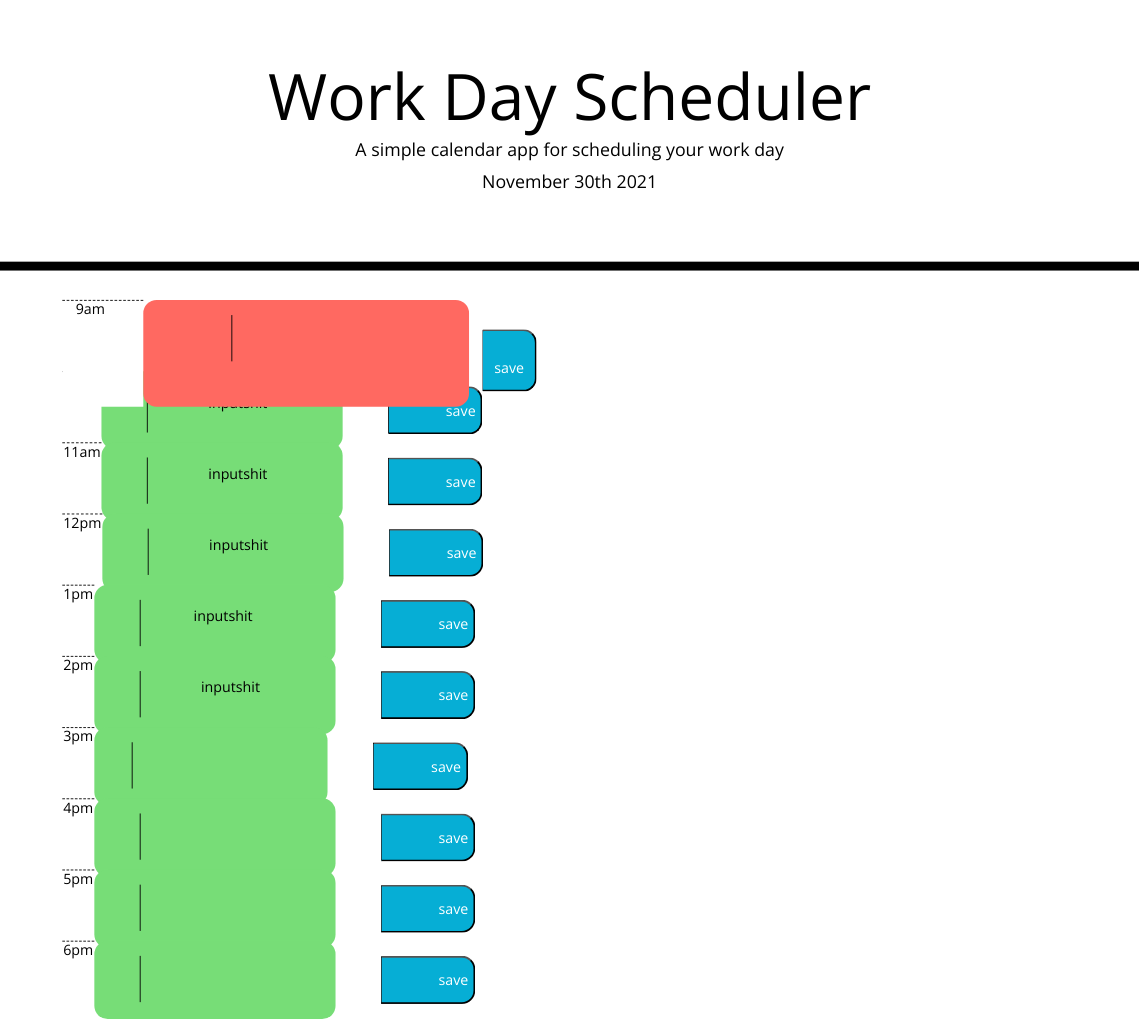
Repository: Naomilounsbury/work-day-scheduler
Page: index.html
The author's editor kept a copy of each file at every save. The page is drawn from the files as they stood at one save, then again after the next save.
The browser window is 1280 px wide. The pictures show the whole page, at 89% of full size.
Some web libraries are served in a nearby version.

Above is the page before, as saved 2021-12-04 08:24:24.

After the next save:
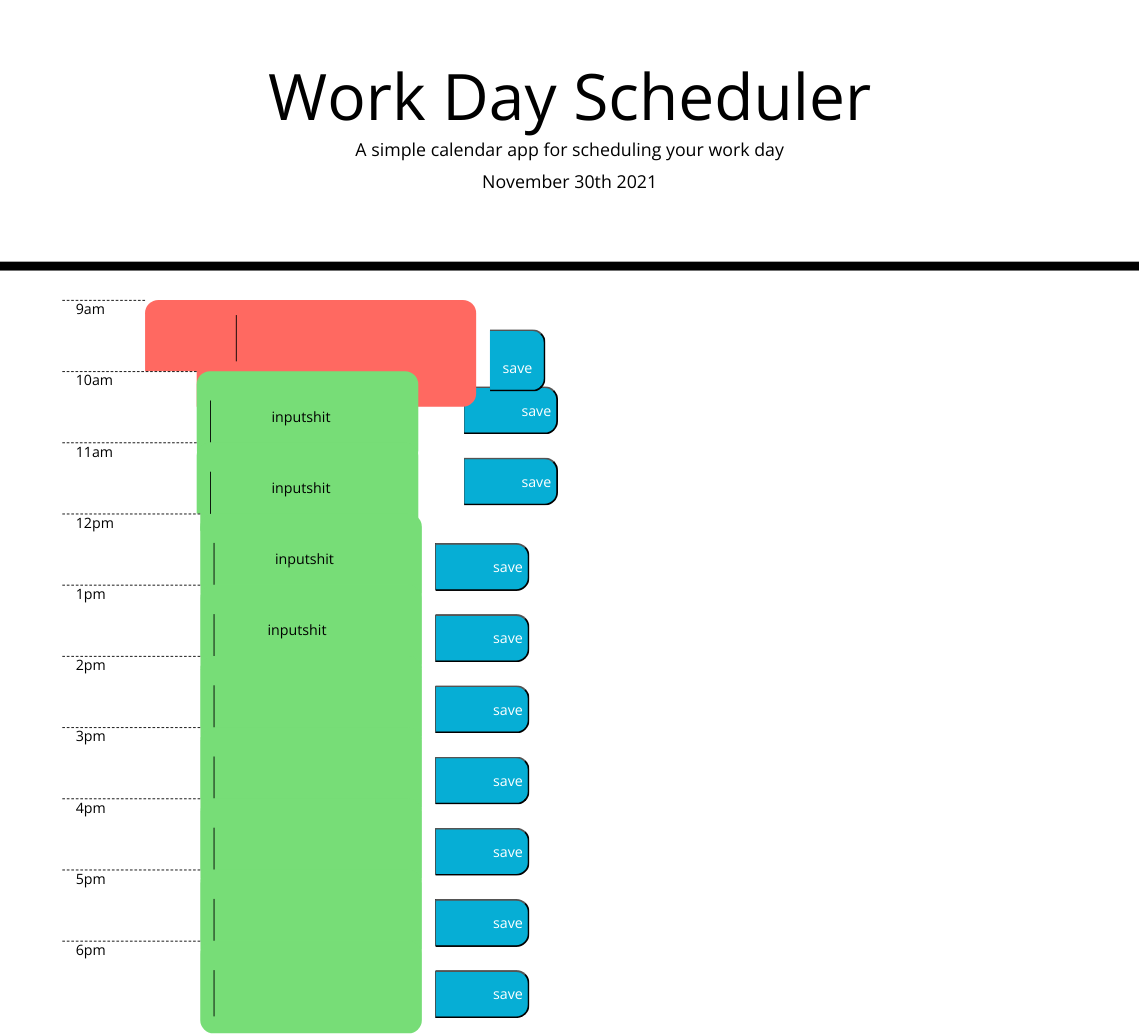
Saved 14 min 25 s later.
--- a/index.html
+++ b/index.html
@@ -31,7 +31,7 @@
     <div class="container">
       <!-- Timeblocks go here -->
       <table>
-        <tr class="row">
+        <tr class="row ">
           <td class="hour col-2">9am</td>
           <td class="time-block col-8" id="9">
             <textarea id="btn9" type="text">
@@ -45,112 +45,111 @@
           </td>
         </tr>
         <tr class="row">
-          <td class="hour">10am</td>
-          <td class="time-block" id="10">
+          <td class="hour col">10am</td>
+          <td class="time-block col" id="10">
             <textarea id = "btn10">
               inputshit
             </textarea>
           </td>
-          <td>
+          <td col>
             <button class = "saveBtn" value="10" onclick=onSave(event)>
               save
             </button>
           </td>
         </tr>
         <tr class="row">
-          <td class="hour">11am</td>
-          <td class="time-block" id="11">
+          <td class="hour col">11am</td>
+          <td class="time-block col" id="11">
             <textarea>
               inputshit
             </textarea>
           </td>
-          <td>
+          <td col>
             <button class = "saveBtn" value="11" onclick=onSave(event)>
               save
             </button>
           </td>
         </tr>
         <tr class="row">
-          <td class="hour">12pm</td>
-          <td class="time-block" id="12">
+          <td class="hour col">12pm</td>
+          <td class="time-block col" id="12">
             <textarea>
               inputshit
             </textarea>
           </td>
-          <td>
+          <td class="col">
             <button class = "saveBtn" value="12" onclick=onSave(event)>
               save
             </button>
           </td>
         </tr>
         <tr class="row">
-          <td class="hour">1pm</td>
-          <td class="time-block" id="13">
+          <td class="hour col">1pm</td>
+          <td class="time-block col" id="13">
             <textarea>
             inputshit</textarea>
           </td>
-          <td>
+          <td class="col">
             <button class = "saveBtn" value="13" onclick=onSave(event)>
               save
             </button>
           </td>
         </tr>
         <tr class="row">
-          <td class="hour">2pm</td>
-          <td class="time-block" id="14">
+          <td class="hour col">2pm</td>
+          <td class="time-block col" id="14">
             <textarea>
-              inputshit
             </textarea>
           </td>
-          <td>
-            <button class = "saveBtn" value="14" onclick=onSave(event)>
+          <td class="col">
+            <button class="saveBtn" value="14" onclick=onSave(event)>
               save
             </button>
           </td>
         </tr>
         <tr class="row">
-          <td class="hour">3pm</td>
-          <td class="time-block" id="15">
+          <td class="hour col">3pm</td>
+          <td class="time-block col" id="15">
           <textarea>
           </textarea>
           </td>
-          <td>
+          <td class="col">
             <button class = "saveBtn" value="15" onclick=onSave(event)>
               save
             </button>
           </td>
         </tr>
         <tr class="row">
-          <td class="hour">4pm</td>
-          <td class="time-block" id="16">
+          <td class="hour col">4pm</td>
+          <td class="time-block col" id="16">
             <textarea>
             </textarea>
           </td>
-          <td>
+          <td class= "col">
             <button class = "saveBtn" value="16" onclick=onSave(event)>
               save
             </button>
           </td>
         </tr>
         <tr class="row">
-          <td class="hour">5pm</td>
-          <td class="time-block" id="17">
+          <td class="hour col">5pm</td>
+          <td class="time-block col" id="17">
             <textarea>
             </textarea>
           </td>
-          <td>
+          <td class="col">
             <button class = "saveBtn" value="17" onclick=onSave(event)>
               save
             </button>
           </td>
         </tr>
         <tr class="row">
-          <td class="hour">6pm</td>
-          <td class="time-block" id="18">
+          <td class="hour col">6pm</td>
+          <td class="time-block col" id="18">
             <textarea>
             </textarea>
           </td>
-          <td>
+          <td class="col">
             <button class = "saveBtn" value="18" onclick=onSave(event)>
               save
             </button>
